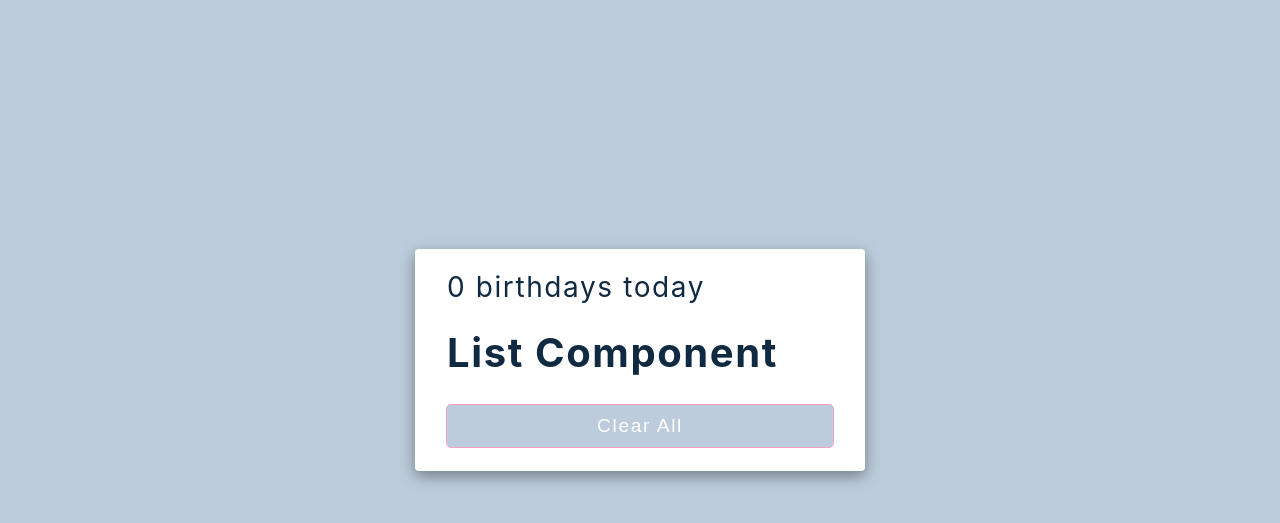
Repository: smit1298/Birthday-Reminder
Page: /
These files come from the project's save history. The page is drawn as it stood at one moment and after the next save; the edit follows.
The browser window is 1280 px wide. The pictures show the whole page.
The project was rebuilt for these pictures with package versions that can differ from the ones it lists, and the page was loaded fresh each time.

Above is the page before, as saved 2022-05-15 23:22:08.

### src/index.css
/*
===============
Variables
===============
*/

:root {
  /* dark shades of primary color*/
  --clr-primary-1: hsl(162, 61%, 89%);
  --clr-primary-2: hsl(162, 60%, 78%);
  --clr-primary-3: hsl(162, 61%, 67%);
  --clr-primary-4: hsl(162, 61%, 57%);
  /* primary/main color */
  --clr-primary-5: hsl(162, 73%, 46%);
  /* lighter shades of primary color */
  --clr-primary-6: #1aa179;
  --clr-primary-7: #13795b;
  --clr-primary-8: #0d503c;
  --clr-primary-9: #06281e;
  /* darkest grey - used for headings */
  --clr-grey-1: hsl(212, 33%, 89%);
  --clr-grey-2: hsl(210, 31%, 80%);
  --clr-grey-3: hsl(211, 27%, 70%);
  --clr-grey-4: hsl(209, 23%, 60%);
  /* grey used for paragraphs */
  --clr-grey-5: hsl(210, 22%, 49%);
  --clr-grey-6: hsl(209, 28%, 39%);
  --clr-grey-7: hsl(209, 34%, 30%);
  --clr-grey-8: hsl(211, 39%, 23%);
  --clr-grey-9: hsl(209, 61%, 16%);
  --clr-white: #fff;
  --clr-red-dark: hsl(360, 67%, 44%);
  --clr-red-light: hsl(360, 71%, 66%);
  --clr-green-dark: hsl(125, 67%, 44%);
  --clr-green-light: hsl(125, 71%, 66%);
  --clr-black: #222;
  --transition: all 0.3s linear;
  --spacing: 0.1rem;
  --radius: 0.25rem;
  --light-shadow: 0 5px 15px rgba(0, 0, 0, 0.1);
  --dark-shadow: 0 5px 15px rgba(0, 0, 0, 0.4);
  --max-width: 1170px;
  --fixed-width: 450px;
  --clr-pink: #f28ab2;
}
/*
===============
Global Styles
===============
*/

*,
::after,
::before {
  margin: 0;
  padding: 0;
  box-sizing: border-box;
}
body {
  font-family: -apple-system, BlinkMacSystemFont, 'Segoe UI', Roboto, Oxygen,
    Ubuntu, Cantarell, 'Open Sans', 'Helvetica Neue', sans-serif;
  background: var(--clr-grey-2);
  color: var(--clr-grey-9);
  line-height: 1.5;
  font-size: 0.875rem;
}
ul {
  list-style-type: none;
}
a {
  text-decoration: none;
}
h1,
h2,
h3,
h4 {
  letter-spacing: var(--spacing);
  text-transform: capitalize;
  line-height: 1.25;
  margin-bottom: 0.75rem;
}
h1 {
  font-size: 3rem;
}
h2 {
  font-size: 2rem;
}
h3 {
  font-size: 1.25rem;
}
h4 {
  font-size: 0.875rem;
}
p {
  margin-bottom: 1.25rem;
  color: var(--clr-grey-5);
}
@media screen and (min-width: 800px) {
  h1 {
    font-size: 4rem;
  }
  h2 {
    font-size: 2.5rem;
  }
  h3 {
    font-size: 1.75rem;
  }
  h4 {
    font-size: 1rem;
  }
  body {
    font-size: 1rem;
  }
  h1,
  h2,
  h3,
  h4 {
    line-height: 1;
  }
}
/*  global classes */

/* section */
.section {
  width: 90vw;
  margin: 0 auto;
  max-width: var(--max-width);
}

@media screen and (min-width: 992px) {
  .section {
    width: 95vw;
  }
}

main {
  min-height: 100vh;
  display: flex;
  justify-content: center;
  align-items: center;
}

.container {
  width: 90vw;
  margin: 5rem 0;
  max-width: var(--fixed-width);
  background: var(--clr-white);
  border-radius: var(--radius);
  padding: 1.5rem 2rem;
  box-shadow: var(--dark-shadow);
}
.container h3 {
  font-weight: normal;
  text-transform: none;
  margin-bottom: 2rem;
}
.person {
  display: grid;
  grid-template-columns: auto 1fr;
  column-gap: 0.75rem;
  margin-bottom: 1.5rem;
  align-items: center;
}
.person img {
  width: 75px;
  height: 75px;
  object-fit: cover;
  border-radius: 50%;
  box-shadow: var(--light-shadow);
}
.person h4 {
  margin-bottom: 0.35rem;
}
.person p {
  margin-bottom: 0;
}
.container button {
  color: var(--clr-white);
  display: block;
  width: 100%;
  border-color: transparent;
  background: var(--clr-grey-2);
  margin: 2rem auto 0 auto;
  text-transform: capitalize;
  font-size: 1.2rem;
  padding: 0.5rem 0;
  letter-spacing: var(--spacing);
  border-radius: var(--radius);
  outline: 1px solid rgba(242, 138, 178, 0.8);
  cursor: pointer;
}

### src/App.js
import React, { useState } from "react";
import data from "./data";
import List from "./List";
function App() {
  return (
    <main>
      <section className="container">
        <h3>0 birthdays today</h3>
        <List />
        <button onClick={() => console.log('you cleared me')}>clear all</button>
      </section>
    </main>
  );
}

export default App;

### src/data.js
export default [
  {
    id: 1,
    name: 'Bertie Yates',
    age: 29,
    image:
      'https://res.cloudinary.com/diqqf3eq2/image/upload/v1595959131/person-2_ipcjws.jpg',
  },
  {
    id: 2,
    name: 'Hester Hogan',
    age: 32,
    image:
      'https://res.cloudinary.com/diqqf3eq2/image/upload/v1595959131/person-3_rxtqvi.jpg',
  },
  {
    id: 3,
    name: 'Larry Little',
    age: 36,
    image:
      'https://res.cloudinary.com/diqqf3eq2/image/upload/v1586883423/person-4_t9nxjt.jpg',
  },
  {
    id: 4,
    name: 'Sean Walsh',
    age: 34,
    image:
      'https://res.cloudinary.com/diqqf3eq2/image/upload/v1586883417/person-3_ipa0mj.jpg',
  },
  {
    id: 5,
    name: 'Lola Gardner',
    age: 29,
    image:
      'https://res.cloudinary.com/diqqf3eq2/image/upload/v1586883334/person-1_rfzshl.jpg',
  },
];

Loaded but not shown: public/index.html (common file); src/index.js (common file); src/List.js (common file)

After the next save:
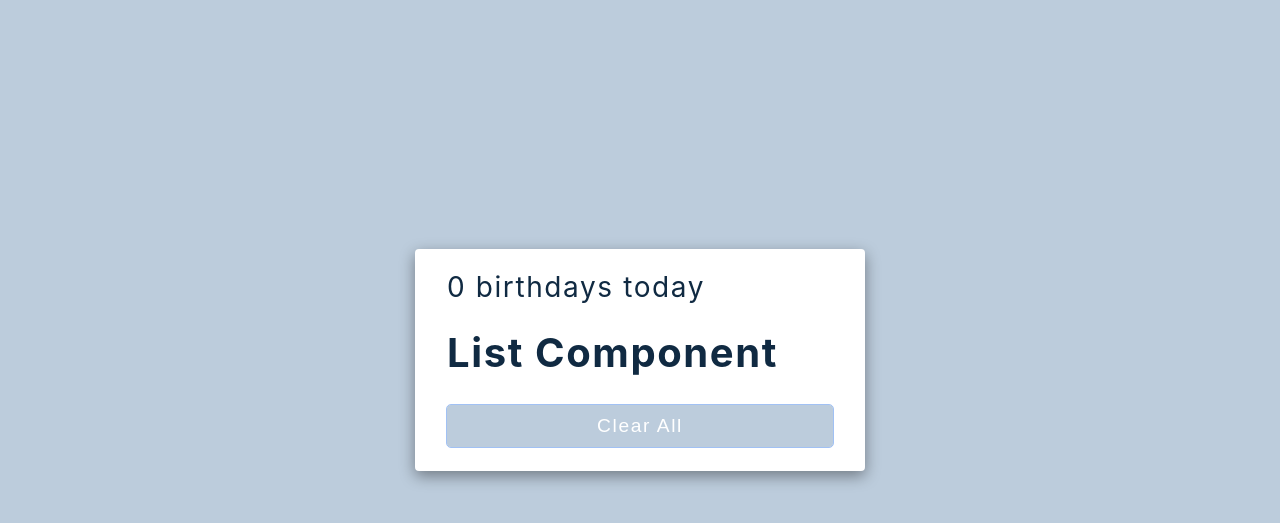
Saved 13 s later.
--- a/src/index.css
+++ b/src/index.css
@@ -186,6 +186,6 @@ main {
   padding: 0.5rem 0;
   letter-spacing: var(--spacing);
   border-radius: var(--radius);
-  outline: 1px solid rgba(242, 138, 178, 0.8);
+  outline: 1px solid rgba(138, 178, 242, 0.8);
   cursor: pointer;
 }
